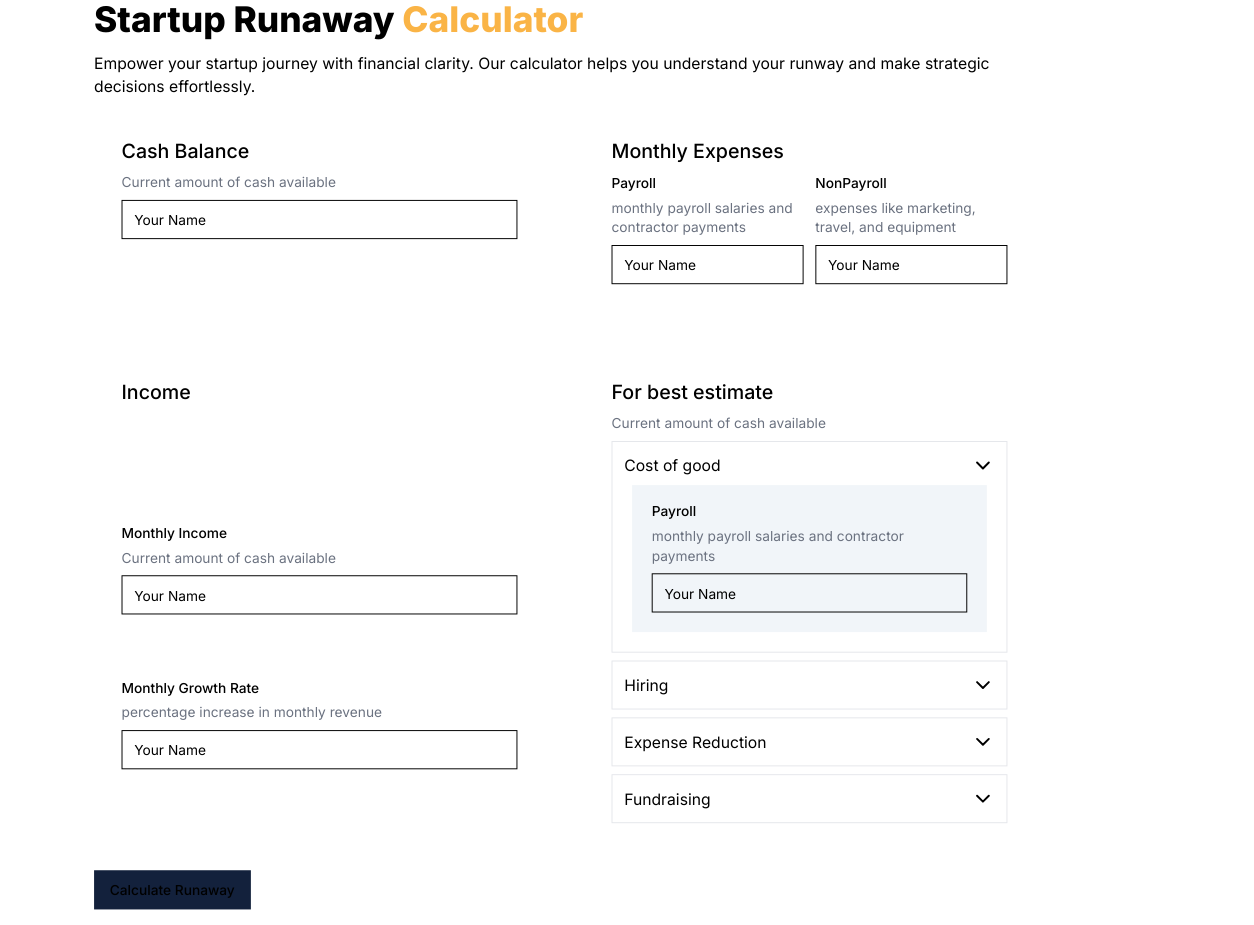
Repository: wossenF/startup-runaway-calculator
Page: /
An editor plug-in stored every save of this project. The page is shown before and after a run of saves, followed by the edit.
The browser window is 1280 px wide. The pictures show the whole page, at 98% of full size.
The project was rebuilt for these pictures with package versions that can differ from the ones it lists, and the page was loaded fresh each time. The framework's server and built-in components were replaced by stand-ins that run in the browser. Also part of the build but not shown: next.config.mjs.

Above is the page before, as saved 2024-04-08 13:36:08.

After the next 2 saves:
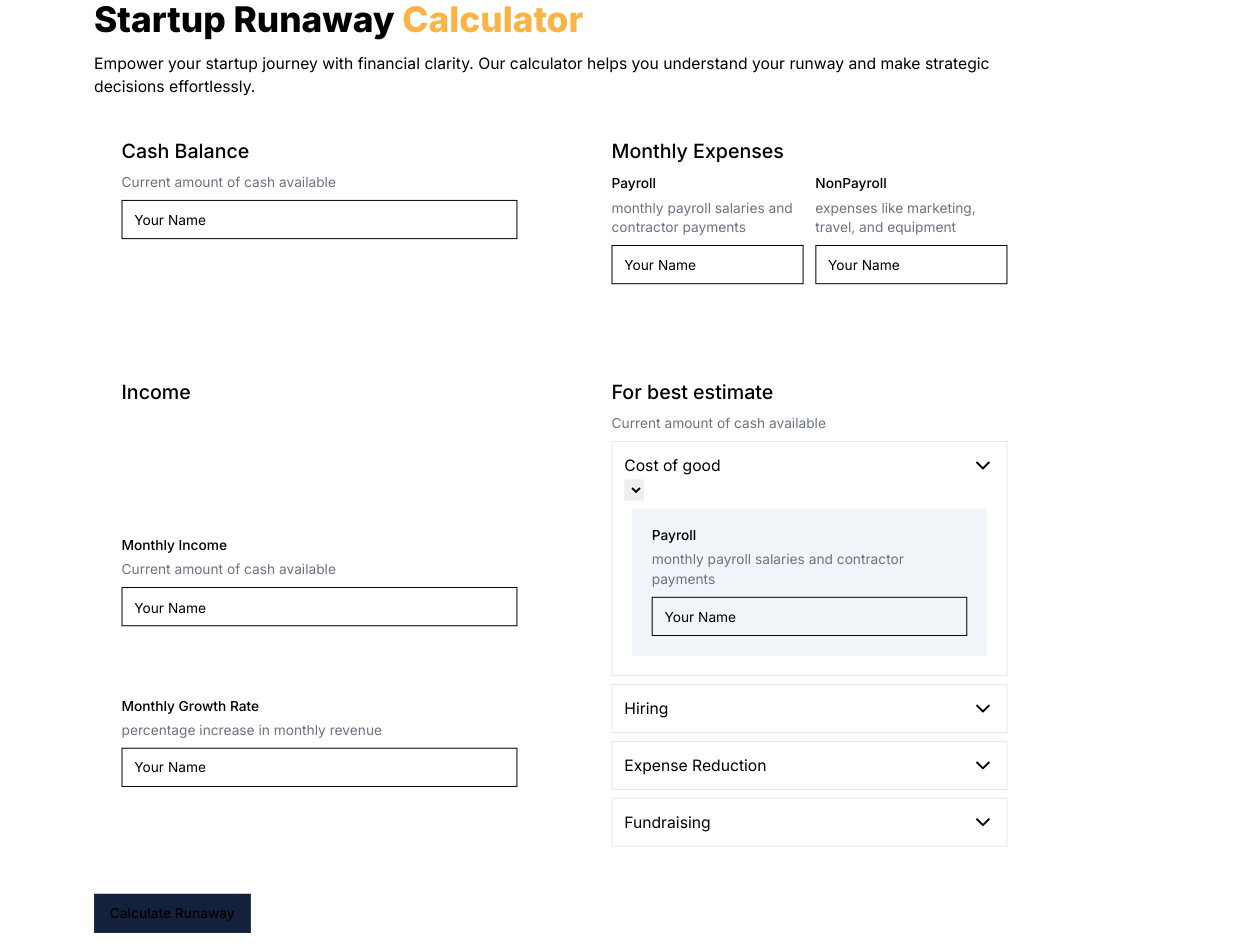
The 2 saves are shown as one change because they came seconds apart.
The last was saved 19 s later.
--- a/src/components/UserInput.tsx
+++ b/src/components/UserInput.tsx
@@ -76,6 +76,7 @@
               <p>Cost of good </p>
               <ChevronDown />
             </div>
+            <select name="" id=""></select>
             <div className=" p-5 bg-slate-100 m-2">
             <form className="grid gap-2">
               <Label className="">Payroll</Label>

After the 5 saves that followed:
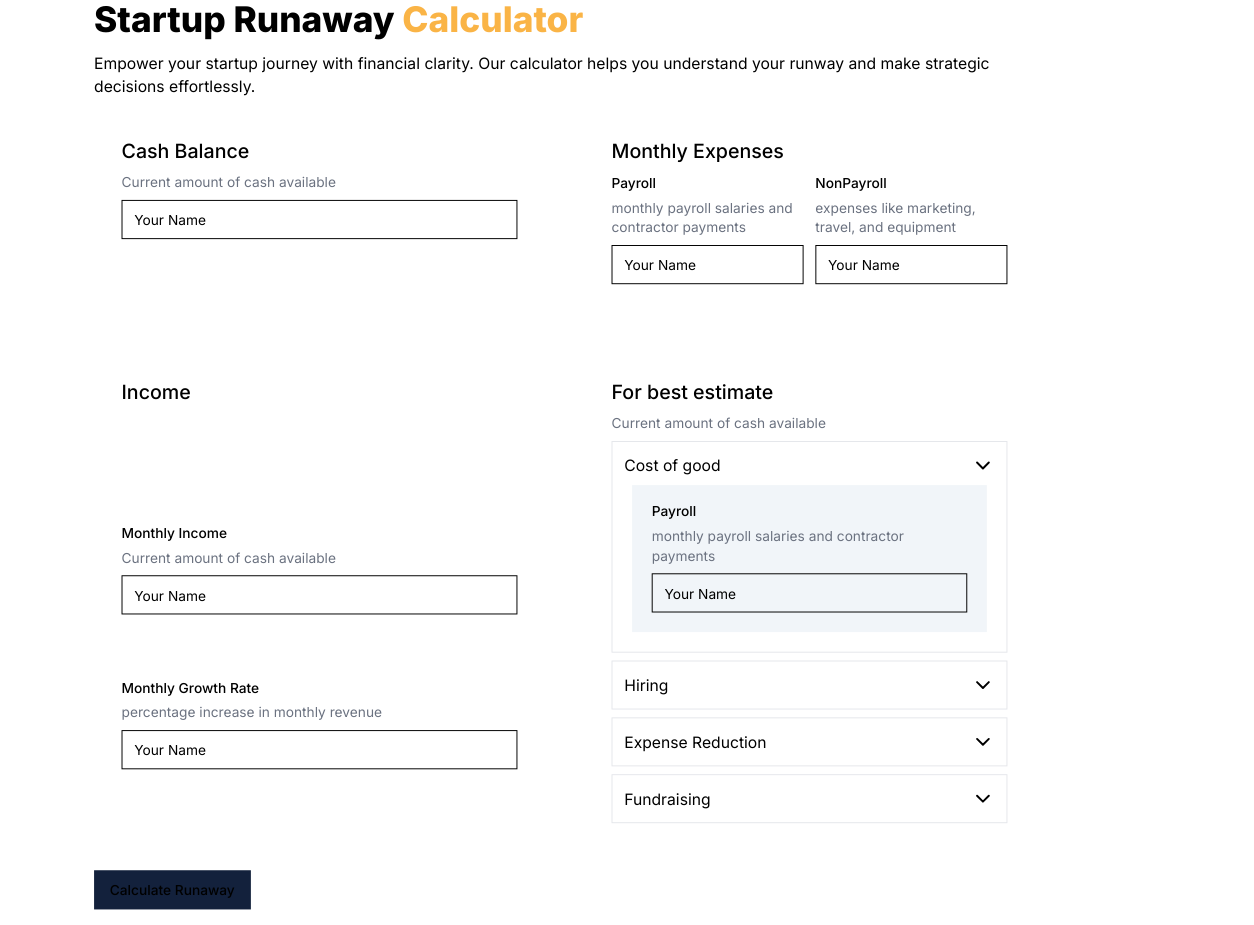
The 5 saves are shown as one change because 2 left the picture as it was and some came seconds apart.
The last was saved 89 s later.
--- a/src/components/UserInput.tsx
+++ b/src/components/UserInput.tsx
@@ -76,7 +76,7 @@
               <p>Cost of good </p>
               <ChevronDown />
             </div>
-            <select name="" id=""></select>
+
             <div className=" p-5 bg-slate-100 m-2">
             <form className="grid gap-2">
               <Label className="">Payroll</Label>
